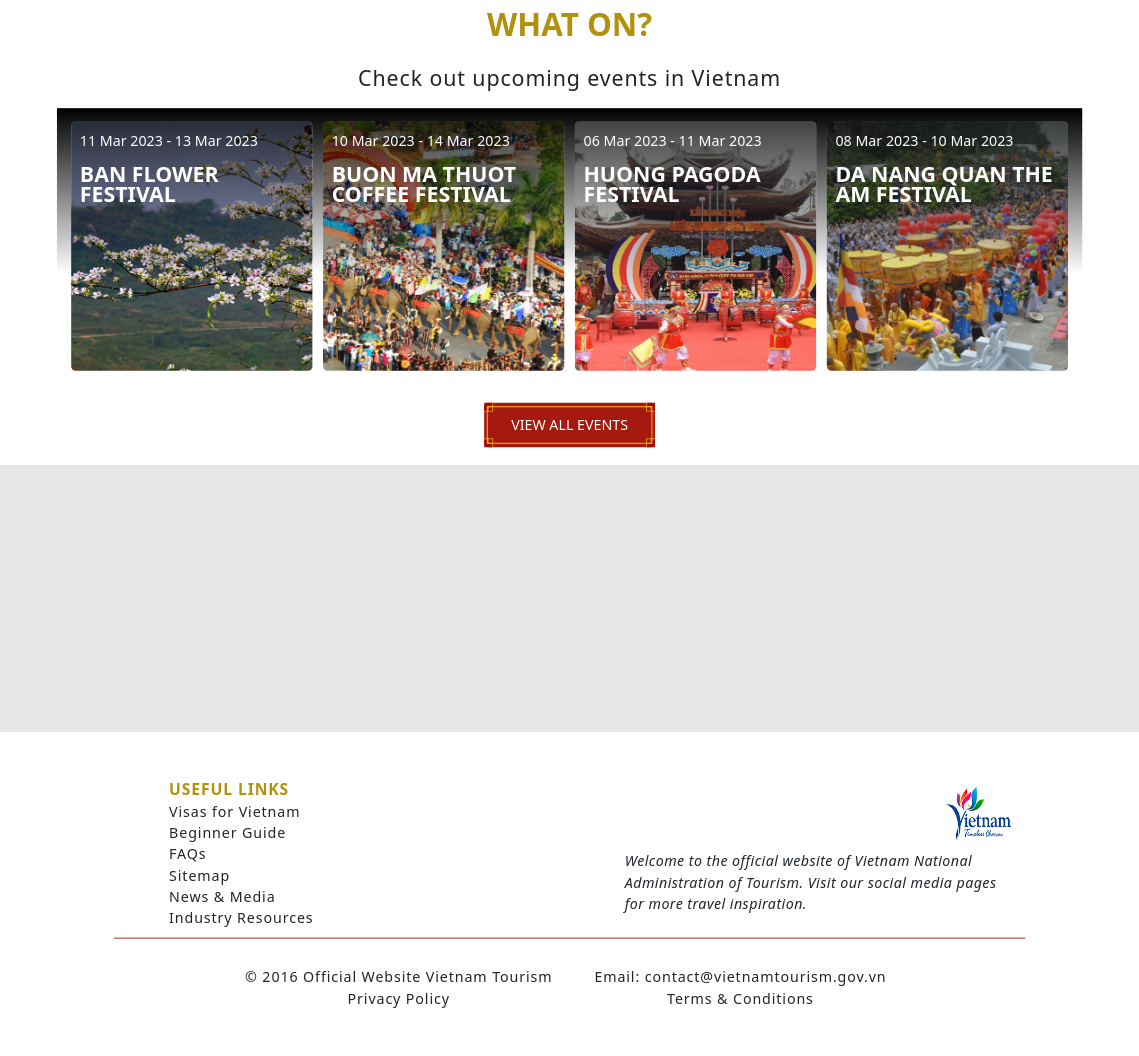
Repository: nguoilaisaochoi/TRAVEL-DEMO
Page: index.html
These files come from the project's save history. The page is drawn as it stood at one moment and after the next save; the edit follows.
The browser window is 1280 px wide. The pictures show the part of the page from y = 1732 to 2918 px (the page is 2918 px tall), at 89% of full size.
A picture or video elsewhere on the page could not be fetched, so the positions and the page height are approximate.

Above is the page before, as saved 2023-03-27 18:58:54.

After the next save:
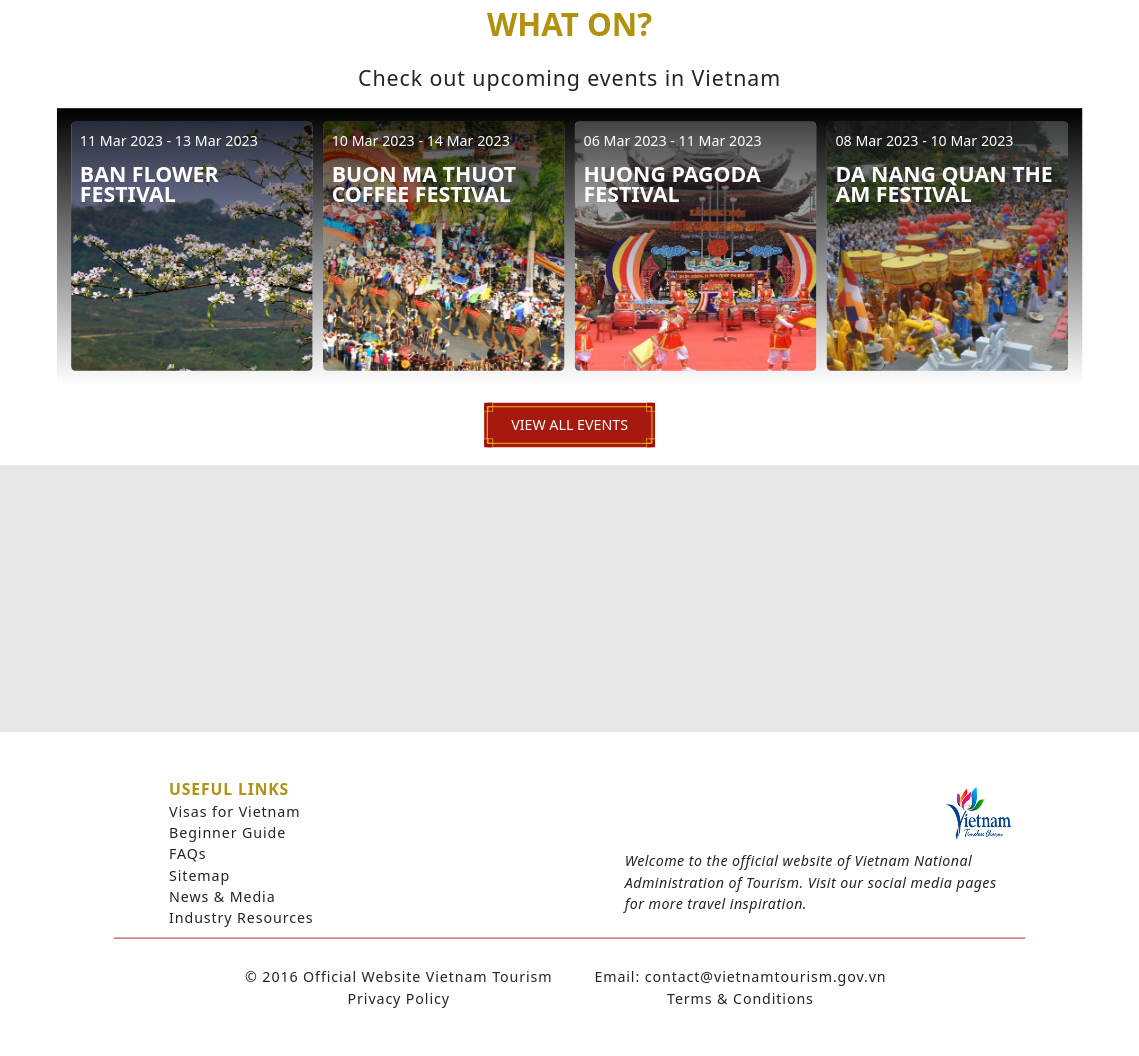
Saved 6 s later.
--- a/index.css
+++ b/index.css
@@ -268,7 +268,7 @@
     min-height: 150px;
     background: url(./img_vd/bg-red-pattern.png);
     background-size: 100px;
-    background: linear-gradient(black, transparent 60%);
+    background: linear-gradient(black, transparent 100%);
     display: flex;
     flex-direction: column;
     margin: auto;
